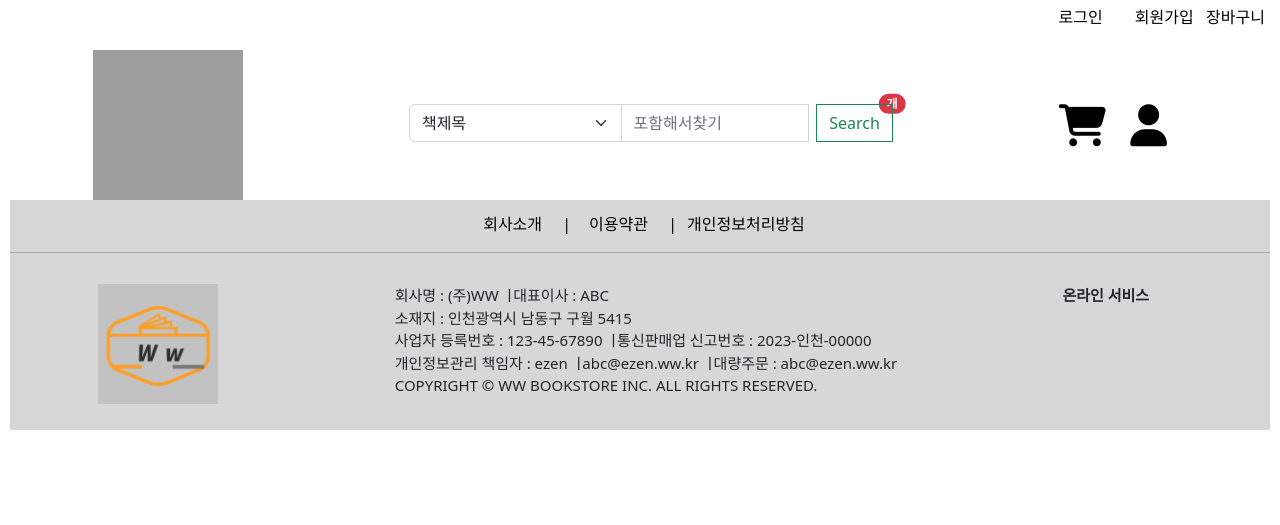
Repository: bongbongi/book1
Page: http://localhost/book/WEB-INF/views/board/boardFaq.jsp
These files come from the project's save history. The page is drawn as it stood at one moment and after the next save; the edit follows.
The browser window is 1280 px wide. The pictures show the whole page.
Pictures or frames that could not be fetched are drawn as grey boxes. Some web libraries are served in a nearby version. The page is served by Tomcat 9. Nobody is signed in. Other server files are loaded and not shown. The template is opened directly, without the code that normally fills it, so the values that code supplies are empty.

Above is the page before, as saved 2023-01-13 07:51:06.

### book/src/main/webapp/WEB-INF/views/board/boardFaq.jsp
<%@ page language="java" contentType="text/html; charset=UTF-8" pageEncoding="UTF-8"%>
<%@ taglib uri="http://java.sun.com/jsp/jstl/core" prefix="c"%>
<!DOCTYPE html>
<html>
<head>
<meta charset="UTF-8">
<title>Insert title here</title>
<link href="https://cdn.jsdelivr.net/npm/bootstrap@5.2.3/dist/css/bootstrap.min.css" rel="stylesheet" integrity="sha384-rbsA2VBKQhggwzxH7pPCaAqO46MgnOM80zW1RWuH61DGLwZJEdK2Kadq2F9CUG65" crossorigin="anonymous">
<script src="https://cdn.jsdelivr.net/npm/bootstrap@5.2.3/dist/js/bootstrap.bundle.min.js" integrity="sha384-kenU1KFdBIe4zVF0s0G1M5b4hcpxyD9F7jL+jjXkk+Q2h455rYXK/7HAuoJl+0I4" crossorigin="anonymous"></script>
<style>
.accordion-flush {
	margin: 0 auto;
	width: 500px;
}
</style>
</head>
<body>
	<jsp:include page="../layout/header.jsp"></jsp:include>

	<div class="accordion accordion-flush" id="accordionFlushExample">
		<c:forEach items="${li }" var="faq" varStatus="i">
			<div class="accordion-item">
				<h2 class="accordion-header" id="flush-heading${i.count }">
					<button class="accordion-button collapsed" type="button" data-bs-toggle="collapse" data-bs-target="#flush-collapse${i.count }" aria-expanded="false" aria-controls="flush-collapse${i.count }">${faq.faq_num } ${faq.faq_question }</button>
				</h2>
				<div id="flush-collapse${i.count }" class="accordion-collapse collapse" aria-labelledby="flush-heading${i.count }" data-bs-parent="#accordionFlushExample">
					<div class="accordion-body">${faq.faq_answer }</div>
				</div>
			</div>
		</c:forEach>
	</div>
	<jsp:include page="../layout/footer.jsp"></jsp:include>
</body>
</html>

### book/src/main/webapp/WEB-INF/views/layout/header.jsp
<%@ page language="java" contentType="text/html; charset=UTF-8" pageEncoding="UTF-8"%>
<%@ taglib uri="http://java.sun.com/jsp/jstl/core" prefix="c"%>
<link href="https://cdn.jsdelivr.net/npm/bootstrap@5.2.2/dist/css/bootstrap.min.css" rel="stylesheet" integrity="sha384-Zenh87qX5JnK2Jl0vWa8Ck2rdkQ2Bzep5IDxbcnCeuOxjzrPF/et3URy9Bv1WTRi" crossorigin="anonymous">
<script src="https://kit.fontawesome.com/92e616dfba.js" crossorigin="anonymous"></script>
<meta charset="UTF-8">
<!DOCTYPE html>
<html>
<head>
<style>
.header {
   margin: 0 auto;
   width: 1260px;
   height: 200px;
}

.menu {
   display: flex;
   justify-content: flex-end;
   padding: 5px;
}

.logo {
   width: 150px;
   height: 150px;
   background-color: blue;
}

.logo>a>img {
   width: 150px;
   height: 150px;
}

.searchBar {
   /* position:absolute; */
   width: 484px;
   height: 42px;
   /* background-color: gold; */
   margin-top: 54px;
   border-radius: 30px;
}

.bar {
   height: 150px;
   display: flex;
   flex-direction: row;
   flex-wrap: nowrap;
   justify-content: space-around;
   /*    align-items: baseline; */
}

.icons>a>i {
   font-size: 42px;
   color: black;
   margin-top: 54px;
   margin-right: 20px;
}
</style>
</head>
<body>
   <div class="header">
      <div class="menu">
         <c:if test="${ses.mem_id ==null}">
            <ul>
               <a href="/mem/loginPage">로그인</a>
            </ul>
            <ul>
               <a href="/mem/joinPage">회원가입</a>
            </ul>
         </c:if>
         <c:if test="${ses.mem_auth == '0' }">
            <ul>
               <a href="/mem/logOut">로그아웃</a>
            </ul>
            <ul>
               <a href="/mem/adminPage">관리인페이지</a>
            </ul>
         </c:if>
         <c:if test="${ses.mem_id !=null && ses.mem_auth !='0' }">
            <ul>
               <a href="/mem/logOut">로그아웃</a>
            </ul>
            <ul>
               <a href="/mem/mypage">마이페이지</a>
            </ul>
         </c:if>
         <%-- <ul>
            <a href="/cart/cartdetail?mem_num=${ses.mem_num}">장바구니</a>
         </ul> --%>
         <c:if test="${ses.mem_id !=null}">
         <ul>
            <a href="/cart/cartdetail?mem_num=${ses.mem_num}">장바구니</a>
         </ul>
         </c:if>
         <c:if test="${ses.mem_id == null}">
               <a href="/mem/loginPage" onclick="gologin(event)">&nbsp&nbsp&nbsp장바구니</a>
         </c:if>
      </div>
      <div class="bar">
         <div class="logo">
            <a href="/"><img src="/resources/img/logo.jpg" alt="로고"></a>
         </div>
         <div class="searchBar">
            <form action="/book/search" class="d-flex" role="search" method="get">
               <div class="input-group mb-3">
                  <!-- 값을 별도 저장 -->
                  <c:set value="${pgh.pgvo.type}" var="typed" />
                  <select class="form-select" name="type">
                     <option value="t" ${typed eq 't' ? 'selected' :'' }>책제목</option>
                     <option value="c" ${typed eq 'c' ? 'selected' :'' }>작가이름</option>
                     <option value="w" ${typed eq 'w' ? 'selected' :'' }>출판사</option>
                  </select> <input class="form-control me-2" type="text" name="keyword" placeholder="포함해서찾기"> <input type="hidden" name="pageNo" value="1"> <input type="hidden" name="qty" value="10">
                  <button class="btn btn-outline-success" type="submit">Search</button>
                  <span class="position-absolute top-0 start-100 translate-middle badge rounded-pill bg-danger"> ${pgh.totalCount}개 <span class="visually-hidden">unread messages</span>
                  </span>
               </div>
            </form>
         </div>
         <div class="icons">
            <!-- 로그인 되었을때 -->
            <c:if test="${ses.mem_id !=null}">
            <a href="/cart/cartdetail?mem_num=${ses.mem_num}">
               <i class="fa-solid fa-cart-shopping"></i>
            </a>
            </c:if>
            <!-- 로그인 안되었을때 -->
            <c:if test="${ses.mem_id == null}">
            <a href="/mem/loginPage" onclick="gologin(event)">
               <i class="fa-solid fa-cart-shopping"></i>
            </a>
            </c:if>

            <c:if test="${ses.mem_auth == '0' }">
               <a href="/mem/adminPage">
                  <i class="fa-solid fa-user"></i>
               </a>
            </c:if>
            <c:if test="${ses.mem_auth != '0' }">
               <a href="/mem/mypage">
                  <i class="fa-solid fa-user"></i>
               </a>
            </c:if>

         </div>
      </div>
   </div>

   <script type="text/javascript">
      function gologin(event) {
         alert("로그인이 필요합니다!");
      }
      </script>
</body>
</html>

### book/src/main/webapp/WEB-INF/views/layout/footer.jsp
<%@ page language="java" contentType="text/html; charset=UTF-8"
   pageEncoding="UTF-8"%>
   <%@ taglib uri="http://java.sun.com/jsp/jstl/core" prefix="c"%>
<!DOCTYPE html>
<html>
<head>
<meta charset="UTF-8">
<title>Insert title here</title>
<style>
.footer {
   width: 1260px;
   height: 230px;
   background-color: rgba(175, 175, 175, 0.5);
   margin: 0 auto;
}

.footer-logo {

   width: 120px;
   height: 120px;
   background-color: beige;
}
.footer-logo>img{
   width: 120px;
   height: 120px;
}

.address-box {
   text-align: left;
   padding: 0;
   margin: 0;
}

.address {
   padding: 15px;
   height: 150px;
   display: flex;
   font-size: 15px;
   /* align-items: baseline; */
   flex-direction: row;
   flex-wrap: nowrap;
   justify-content: space-around;
}

ul {
   list-style: none;
}

.footer, .address li {

}

.footer-top {
   text-align: center;
   padding-top: 12px;
}

.footer-top>ul {
   margin: 0;
   padding: 0;
   display: flex;
   justify-content: center;
}

.footer-top>li {
   margin: 0;
   padding: 0;
}

a {
   text-decoration-line: none;
   color: black;
}

a:visited {
   text-decoration: none;
}

a:hover {
   text-decoration: none;
}

a:focus {
   text-decoration: none;
}

a:hover, a:active {
   text-decoration: none;
}

.online-serviceBar {
   padding: 0px;
   margin-left: 20px;
   width: 120px;
   height: 120px;
}

.online-serviceBar>ul {
   margin: 0px;
   padding: 0px;
}

</style>

</head>

<body>
   <div class="footer">
      <div class="footer-top">
         <ul>
            <li><a href="/introduce">회사소개 　|　 </a></li>
            <li><a href="/tos">이용약관 　| 　</a></li>
            <li><a href="/pp">개인정보처리방침</a></li>
         </ul>
      </div>
      <hr>
      <div class="address">
         <div class="footer-logo">
            <img src="../resources/img/logo2.png" alt="로고">
         </div>
         <div class="address-box">
            <ul>
               <li>회사명 : (주)WW <span style="margin-right: -7px;">ㅣ</span>
                  대표이사 : ABC
               </li>

               <li>소재지 : 인천광역시 남동구 구월 5415</li>
               <li>사업자 등록번호 : 123-45-67890 <span style="margin-right: -7px;">ㅣ</span>
                  통신판매업 신고번호 : 2023-인천-00000
               </li>

               <li>개인정보관리 책임자 : ezen <span style="margin-right: -7px;">ㅣ</span>
                  abc@ezen.ww.kr <span style="margin-right: -7px;">ㅣ</span> 대량주문 :
                  abc@ezen.ww.kr
               </li>

               <li>COPYRIGHT © WW BOOKSTORE INC. ALL RIGHTS RESERVED.</li>

            </ul>

         </div>
         <div class="online-serviceBar">
            <strong>온라인 서비스</strong>
            <c:if test="${ses.mem_auth eq 1}">
            <ul>
               <li><a href="/mem/mypage">마이페이지</a></li>
               <li><a href="/ntc/noticeOnly">공지사항</a></li>
               <li><a href="/board/list">1대1문의</a></li>
               <li><a href="/faq/faqListOnly">FAQ</a></li>
            </ul>
            </c:if>
            <c:if test="${ses.mem_auth eq 0}">
            <ul>
               <li><a href="/" onclick="gologin(event)">마이페이지</a></li>
               <li><a href="/ntc/noticeOnly">공지사항</a></li>
               <li><a href="/" onclick="gologin(event)">1대1문의</a></li>
               <li><a href="/faq/faqListOnly">FAQ</a></li>
            </ul>

            </c:if>
         </div>
      </div>
   </div>

   <script type="text/javascript">

   function gologin(event) {
      alert("일반회원 영역입니다")
   }



   </script>

</body>
</html>

After the next save:
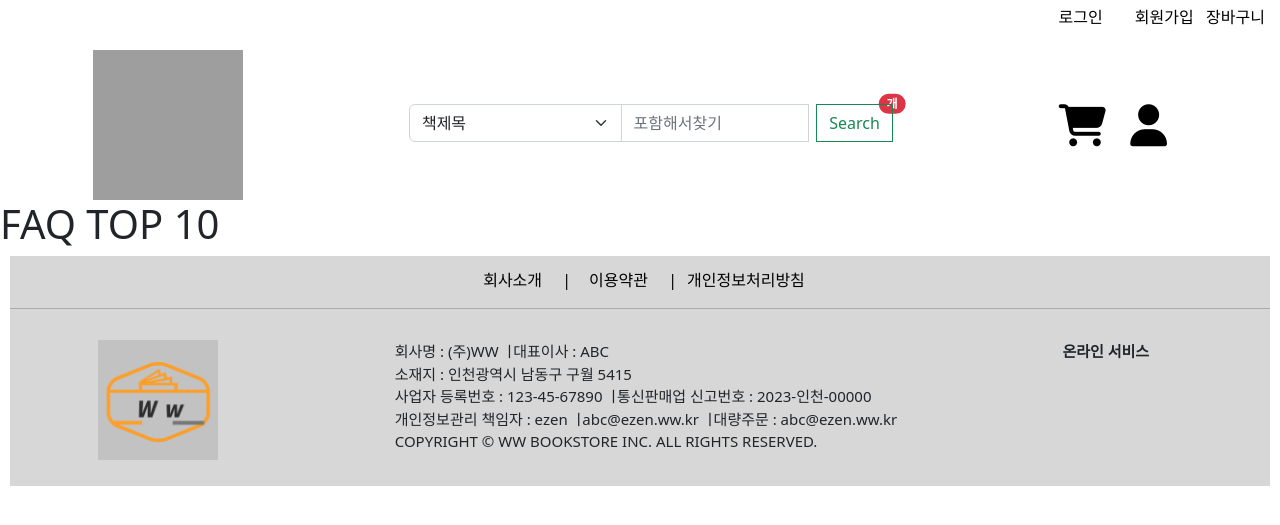
Saved 16 s later.
--- a/book/src/main/webapp/WEB-INF/views/board/boardFaq.jsp
+++ b/book/src/main/webapp/WEB-INF/views/board/boardFaq.jsp
@@ -16,7 +16,7 @@
 </head>
 <body>
 	<jsp:include page="../layout/header.jsp"></jsp:include>
-
+	<h1>FAQ TOP 10</h1>
 	<div class="accordion accordion-flush" id="accordionFlushExample">
 		<c:forEach items="${li }" var="faq" varStatus="i">
 			<div class="accordion-item">
